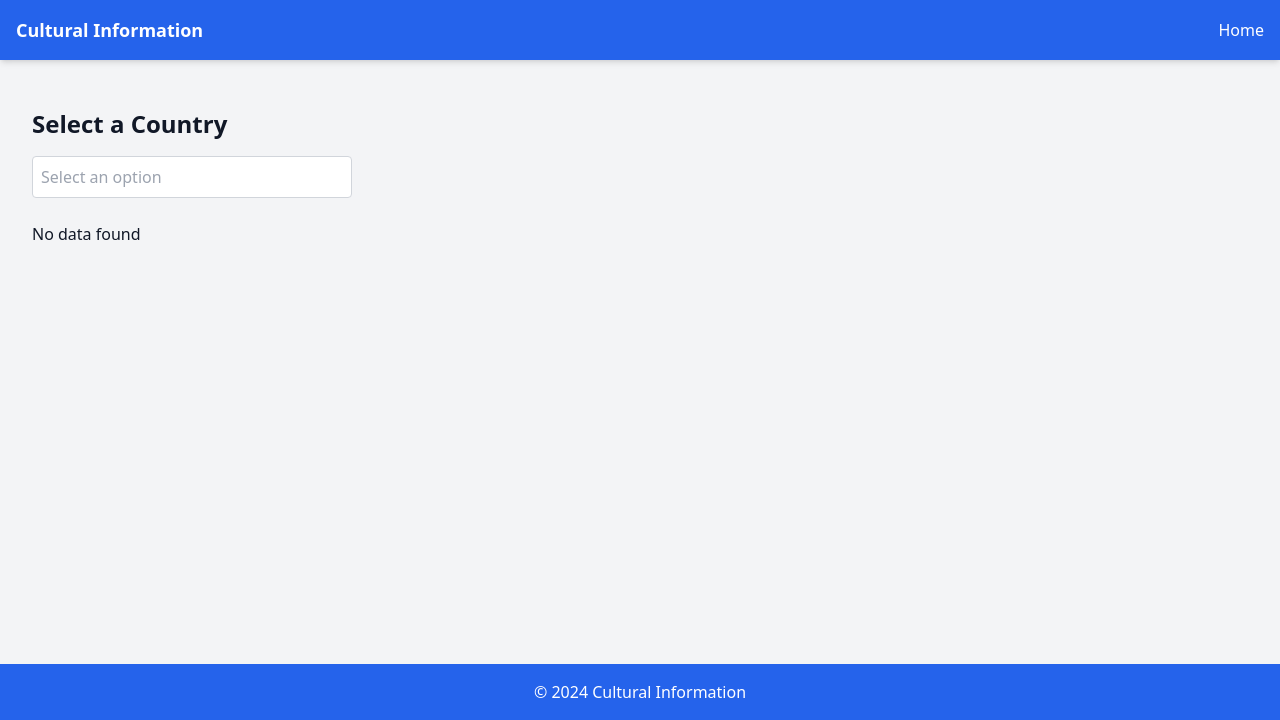
Repository: SmanSayeed/culture
Page: /
An editor plug-in stored every save of this project. The page is shown before and after a run of saves, followed by the edit.
The browser window is 1280 px wide. The pictures show the whole page.
The project was rebuilt for these pictures with package versions that can differ from the ones it lists, and the page was loaded fresh each time. The framework's server and built-in components were replaced by stand-ins that run in the browser. Also part of the build but not shown: next.config.ts, vite.config.ts, src/components/Atoms/Table.tsx.

Above is the page before, as saved 2024-10-30 15:41:56.

### src/app/layout.tsx
import type { Metadata } from "next";
import localFont from "next/font/local";
import "./globals.css";
import Layout from "@/components/Layout/Layout";

const geistSans = localFont({
  src: "./fonts/GeistVF.woff",
  variable: "--font-geist-sans",
  weight: "100 900",
});
const geistMono = localFont({
  src: "./fonts/GeistMonoVF.woff",
  variable: "--font-geist-mono",
  weight: "100 900",
});

export const metadata: Metadata = {
  title: "Create Next App",
  description: "Generated by create next app",
};

export default function RootLayout({
  children,
}: Readonly<{
  children: React.ReactNode;
}>) {
  return (
    <html lang="en">
      <body
        className={`${geistSans.variable} ${geistMono.variable} antialiased`}
      >
        <Layout>
        {children}
        </Layout>

      </body>
    </html>
  );
}

### src/app/page.tsx
import Home from "@/components/Home/Home";
import Image from "next/image";

export default function page() {
  return (
   <>
    <Home/>
   </>
  );
}

### src/components/Layout/Layout.tsx
'use client'
import React, { useState } from 'react';

import Footer from './Footer';
import Header from './Header';

interface LayoutProps {
  children: React.ReactNode;
}

const Layout: React.FC<LayoutProps> = ({ children }) => {

  return (
    <div className="flex flex-col min-h-screen bg-gray-100 text-gray-900">
     <Header/>

      {/* Main Content */}
      <main className="flex-grow container mx-auto px-4 py-8">{children}</main>
<Footer/>
    </div>
  );
};

export default Layout;

### src/components/Home/Home.tsx
// components/Home.tsx

"use client";
import React, { useState } from "react";
import SearchableSelect from "../Atoms/SearchableSelect";
import Table from "../Atoms/Table";
import { countries } from "@/utils/countries";
import { cultureData, cultureDataType, cultureType } from "@/utils/culture";

type Props = {};

export interface Option {
  label: string;
  value: string;
}

const Home: React.FC<Props> = () => {
  const [culturesInfo, setCulturesInfo] = useState<cultureType[]>([]);
  const [countryName, setCountryName] = useState<string>("");

  const options: Option[] = countries.map((country) => ({
    label: country.name,
    value: country.code,
  }));

  const handleSelect = (option: Option) => {
    const selectedCulture = cultureData.find(
      (culture) => culture.code === option.value
    );
    if (selectedCulture) {
      setCulturesInfo(selectedCulture.culture);
      setCountryName(option.label);
    }else{
      setCulturesInfo([]);
      setCountryName("");
    }
  };

  return (
    <>
      <div className="p-4">
        <h1 className="text-2xl mb-4 font-bold">Select a Country</h1>
        <SearchableSelect options={options} onSelect={handleSelect} />
        <div className="mt-6">
          {culturesInfo.length > 0 ? (
            <>
              <h1 className="text-2xl mb-4 font-bold">
                Cultural Influences on RE activities for {countryName}
              </h1>
              <Table data={culturesInfo} country={countryName} />
            </>
          ) :
          "No data found"
          }
        </div>
      </div>
    </>
  );
};

export default Home;

### src/components/Layout/Footer.tsx
import { siteInfo } from '@/utils/siteInfo'
import React from 'react'

type Props = {}

export default function Footer({}: Props) {
  return (
    <>
      {/* Footer */}
      <footer className="bg-blue-600 text-white py-4 text-center">
        <p>&copy; {new Date().getFullYear()} {siteInfo.siteTitle}</p>
      </footer>
    </>
  )
}

### src/components/Layout/Header.tsx
'use client'
import React, { useState } from 'react'
import Link from 'next/link';
import { siteInfo } from '@/utils/siteInfo';
type Props = {}

export default function Header({}: Props) {

  const [drawerOpen, setDrawerOpen] = useState(false);
  return (
    <>
         {/* Header */}
      <header className="bg-blue-600 text-white shadow-md">
        <div className="container mx-auto px-4 py-4 flex justify-between items-center">
          <h1 className="text-lg font-semibold">{siteInfo.siteTitle}</h1>

          {/* Navigation for Desktop */}
          <nav className="hidden md:flex space-x-6">
            <Link href="/" className="hover:text-blue-300">Home</Link>
          </nav>

          {/* Hamburger Menu for Mobile */}
          <button
            className="md:hidden text-white focus:outline-none"
            onClick={() => setDrawerOpen(true)}
          >
            <svg
              className="w-6 h-6"
              fill="none"
              stroke="currentColor"
              viewBox="0 0 24 24"
              xmlns="http://www.w3.org/2000/svg"
            >
              <path strokeLinecap="round" strokeLinejoin="round" strokeWidth={2} d="M4 6h16M4 12h16M4 18h16" />
            </svg>
          </button>
        </div>
      </header>

      {/* Side Drawer for Mobile */}
      <div
        className={`fixed inset-0 bg-gray-800 bg-opacity-50 z-10 transition-opacity ${
          drawerOpen ? 'opacity-100 pointer-events-auto' : 'opacity-0 pointer-events-none'
        }`}
        onClick={() => setDrawerOpen(false)}
      ></div>
      <div
        className={`fixed top-0 left-0 h-full bg-white w-64 z-20 transform transition-transform ${
          drawerOpen ? 'translate-x-0' : '-translate-x-full'
        }`}
      >
        <div className="flex justify-between items-center px-4 py-4 bg-blue-600 text-white">
          <h2 className="text-lg font-semibold">Menu</h2>
          <button
            className="text-white focus:outline-none"
            onClick={() => setDrawerOpen(false)}
          >
            <svg
              className="w-6 h-6"
              fill="none"
              stroke="currentColor"
              viewBox="0 0 24 24"
              xmlns="http://www.w3.org/2000/svg"
            >
              <path strokeLinecap="round" strokeLinejoin="round" strokeWidth={2} d="M6 18L18 6M6 6l12 12" />
            </svg>
          </button>
        </div>
        <nav className="flex flex-col p-4 space-y-4">
          <Link href="/" className="hover:bg-gray-100 p-2 rounded" onClick={() => setDrawerOpen(false)}>Home</Link>
          <Link href="/about" className="hover:bg-gray-100 p-2 rounded" onClick={() => setDrawerOpen(false)}>About</Link>
          <Link href="/contact" className="hover:bg-gray-100 p-2 rounded" onClick={() => setDrawerOpen(false)}>Contact</Link>
        </nav>
      </div>
    </>
  )
}

### src/components/Atoms/SearchableSelect.tsx
// components/SearchableSelect.tsx

'use client'
import React, { useState } from 'react';

interface Option {
  label: string;
  value: string;
}

interface SearchableSelectProps {
  options: Option[];
  onSelect: (option: Option) => void;
}

const SearchableSelect: React.FC<SearchableSelectProps> = ({ options, onSelect }) => {
  const [searchTerm, setSearchTerm] = useState('');
  const [isOpen, setIsOpen] = useState(false);

  const handleSearchChange = (event: React.ChangeEvent<HTMLInputElement>) => {
    setSearchTerm(event.target.value);
    setIsOpen(true);
  };

  const handleSelect = (option: Option) => {
    onSelect(option);
    setSearchTerm(option.label); // Set selected option as search term
    setIsOpen(false);
  };

  const filteredOptions = options.filter(option =>
    option.label.toLowerCase().includes(searchTerm.toLowerCase())
  );

  return (
    <div className="relative w-full max-w-xs">
      <input
        type="text"
        value={searchTerm}
        onChange={handleSearchChange}
        onClick={() => setIsOpen(true)}
        placeholder="Select an option"
        className="w-full p-2 border border-gray-300 rounded focus:outline-none focus:ring-2 focus:ring-blue-400"
      />
      {isOpen && filteredOptions.length > 0 && (
        <div className="absolute mt-1 w-full bg-white border border-gray-300 rounded shadow-lg z-10 max-h-48 overflow-y-auto">
          {filteredOptions.map((option, index) => (
            <div
              key={index}
              onClick={() => handleSelect(option)}
              className="cursor-pointer p-2 hover:bg-blue-500 hover:text-white"
            >
              {option.label}
            </div>
          ))}
        </div>
      )}
    </div>
  );
};

export default SearchableSelect;

### src/utils/countries.ts
export const countries = [
    {
      "name": "Albania",
      "code": "AL",
      "shortname": "ALB"
    },
    {
      "name": "Algeria",
      "code": "DZ",
      "shortname": "DZA"
    },
    {
      "name": "Angola",
      "code": "AO",
      "shortname": "AGO"
    },
    {
      "name": "Argentina",
      "code": "AR",
      "shortname": "ARG"
    },
    {
      "name": "Armenia",
      "code": "AM",
      "shortname": "ARM"
    },
    {
      "name": "Australia",
      "code": "AU",
      "shortname": "AUS"
    },
    {
      "name": "Austria",
      "code": "AT",
      "shortname": "AUT"
    },
    {
      "name": "Azerbaijan",
      "code": "AZ",
      "shortname": "AZE"
    },
    {
      "name": "Bangladesh",
      "code": "BD",
      "shortname": "BGD"
    },
    {
      "name": "Belarus",
      "code": "BY",
      "shortname": "BLR"
    },
    {
      "name": "Belgium",
      "code": "BE",
      "shortname": "BEL"
    },
    {
      "name": "Bhutan",
      "code": "BT",
      "shortname": "BTN"
    },
    {
      "name": "Bolivia",
      "code": "BO",
      "shortname": "BOL"
    },
    {
      "name": "Bosnia and Herzegovina",
      "code": "BA",
      "shortname": "BIH"
    },
    {
      "name": "Brazil",
      "code": "BR",
      "shortname": "BRA"
    },
    {
      "name": "Bulgaria",
      "code": "BG",
      "shortname": "BGR"
    },
    {
      "name": "Burkina Faso",
      "code": "BF",
      "shortname": "BFA"
    },
    {
      "name": "Canada",
      "code": "CA",
      "shortname": "CAN"
    },
    {
      "name": "Cape Verde",
      "code": "CV",
      "shortname": "CPV"
    },
    {
      "name": "Chile",
      "code": "CL",
      "shortname": "CHL"
    },
    {
      "name": "China",
      "code": "CN",
      "shortname": "CHN"
    },
    {
      "name": "Colombia",
      "code": "CO",
      "shortname": "COL"
    },
    {
      "name": "Costa Rica",
      "code": "CR",
      "shortname": "CRI"
    },
    {
      "name": "Croatia",
      "code": "HR",
      "shortname": "HRV"
    },
    {
      "name": "Czech Republic",
      "code": "CZ",
      "shortname": "CZE"
    },
    {
      "name": "Denmark",
      "code": "DK",
      "shortname": "DNK"
    },
    {
      "name": "Dominican Republic",
      "code": "DO",
      "shortname": "DOM"
    },
    {
      "name": "Ecuador",
      "code": "EC",
      "shortname": "ECU"
    },
    {
      "name": "Egypt",
      "code": "EG",
      "shortname": "EGY"
    },
    {
      "name": "El Salvador",
      "code": "SV",
      "shortname": "SLV"
    },
    {
      "name": "Estonia",
      "code": "EE",
      "shortname": "EST"
    },
    {
      "name": "Ethiopia",
      "code": "ET",
      "shortname": "ETH"
    },
    {
      "name": "Fiji",
      "code": "FJ",
      "shortname": "FJI"
    },
    {
      "name": "Finland",
      "code": "FI",
      "shortname": "FIN"
    },
    {
      "name": "France",
      "code": "FR",
      "shortname": "FRA"
    },
    {
      "name": "Georgia",
      "code": "GE",
      "shortname": "GEO"
    },
    {
      "name": "Germany",
      "code": "DE",
      "shortname": "DEU"
    },
    {
      "name": "Ghana",
      "code": "GH",
      "shortname": "GHA"
    },
    {
      "name": "Greece",
      "code": "GR",
      "shortname": "GRC"
    },
    {
      "name": "Guatemala",
      "code": "GT",
      "shortname": "GTM"
    },
    {
      "name": "Honduras",
      "code": "HN",
      "shortname": "HND"
    },
    {
      "name": "Hong Kong",
      "code": "HK",
      "shortname": "HKG"
    },
    {
      "name": "Hungary",
      "code": "HU",
      "shortname": "HUN"
    },
    {
      "name": "Iceland",
      "code": "IS",
      "shortname": "ISL"
    },
    {
      "name": "India",
      "code": "IN",
      "shortname": "IND"
    },
    {
      "name": "Indonesia",
      "code": "ID",
      "shortname": "IDN"
    },
    {
      "name": "Iran",
      "code": "IR",
      "shortname": "IRN"
    },
    {
      "name": "Ireland",
      "code": "IE",
      "shortname": "IRL"
    },
    {
      "name": "Israel",
      "code": "IL",
      "shortname": "ISR"
    },
    {
      "name": "Italy",
      "code": "IT",
      "shortname": "ITA"
    },
    {
      "name": "Jamaica",
      "code": "JM",
      "shortname": "JAM"
    },
    {
      "name": "Japan",
      "code": "JP",
      "shortname": "JPN"
    },
    {
      "name": "Jordan",
      "code": "JO",
      "shortname": "JOR"
    },
    {
      "name": "Kazakhstan",
      "code": "KZ",
      "shortname": "KAZ"
    },
    {
      "name": "Kenya",
      "code": "KE",
      "shortname": "KEN"
    },
    {
      "name": "Kuwait",
      "code": "KW",
      "shortname": "KWT"
    },
    {
      "name": "Latvia",
      "code": "LV",
      "shortname": "LVA"
    },
    {
      "name": "Lebanon",
      "code": "LB",
      "shortname": "LBN"
    },
    {
      "name": "Libya",
      "code": "LY",
      "shortname": "LBY"
    },
    {
      "name": "Lithuania",
      "code": "LT",
      "shortname": "LTU"
    },
    {
      "name": "Luxembourg",
      "code": "LU",
      "shortname": "LUX"
    },
    {
      "name": "Malawi",
      "code": "MW",
      "shortname": "MWI"
    },
    {
      "name": "Malaysia",
      "code": "MY",
      "shortname": "MYS"
    },
    {
      "name": "Malta",
      "code": "MT",
      "shortname": "MLT"
    },
    {
      "name": "Mexico",
      "code": "MX",
      "shortname": "MEX"
    },
    {
      "name": "Moldova",
      "code": "MD",
      "shortname": "MDA"
    },
    {
      "name": "Mongolia",
      "code": "MN",
      "shortname": "MNG"
    },
    {
      "name": "Montenegro",
      "code": "ME",
      "shortname": "MNE"
    },
    {
      "name": "Morocco",
      "code": "MA",
      "shortname": "MAR"
    },
    {
      "name": "Mozambique",
      "code": "MZ",
      "shortname": "MOZ"
    },
    {
      "name": "Namibia",
      "code": "NA",
      "shortname": "NAM"
    },
    {
      "name": "Nepal",
      "code": "NP",
      "shortname": "NPL"
    },
    {
      "name": "Netherlands",
      "code": "NL",
      "shortname": "NLD"
    },
    {
      "name": "New Zealand",
      "code": "NZ",
      "shortname": "NZL"
    },
    {
      "name": "Nicaragua",
      "code": "NI",
      "shortname": "NIC"
    },
    {
      "name": "Nigeria",
      "code": "NG",
      "shortname": "NGA"
    },
    {
      "name": "Norway",
      "code": "NO",
      "shortname": "NOR"
    },
    {
      "name": "Oman",
      "code": "OM",
      "shortname": "OMN"
    },
    {
      "name": "Pakistan",
      "code": "PK",
      "shortname": "PAK"
    },
    {
      "name": "Panama",
      "code": "PA",
      "shortname": "PAN"
    },
    {
      "name": "Paraguay",
      "code": "PY",
      "shortname": "PRY"
    },
    {
      "name": "Peru",
      "code": "PE",
      "shortname": "PER"
    },
    {
      "name": "Philippines",
      "code": "PH",
      "shortname": "PHL"
    },
    {
      "name": "Poland",
      "code": "PL",
      "shortname": "POL"
    },
    {
      "name": "Portugal",
      "code": "PT",
      "shortname": "PRT"
    },
    {
      "name": "Qatar",
      "code": "QA",
      "shortname": "QAT"
    },
    {
      "name": "Romania",
      "code": "RO",
      "shortname": "ROU"
    },
    {
      "name": "Russia",
      "code": "RU",
      "shortname": "RUS"
    },
    {
      "name": "Rwanda",
      "code": "RW",
      "shortname": "RWA"
    },
    {
      "name": "Saudi Arabia",
      "code": "SA",
      "shortname": "SAU"
    },
    {
      "name": "Senegal",
      "code": "SN",
      "shortname": "SEN"
    },
    {
      "name": "Serbia",
      "code": "RS",
      "shortname": "SRB"
    },
    {
      "name": "Singapore",
      "code": "SG",
      "shortname": "SGP"
    },
    {
      "name": "Slovakia",
      "code": "SK",
      "shortname": "SVK"
    },
    {
      "name": "Slovenia",
      "code": "SI",
      "shortname": "SVN"
    },
    {
      "name": "South Africa",
      "code": "ZA",
      "shortname": "ZAF"
    },
    {
      "name": "South Korea",
      "code": "KR",
      "shortname": "KOR"
    },
    {
      "name": "Spain",
      "code": "ES",
      "shortname": "ESP"
    },
    {
      "name": "Sri Lanka",
      "code": "LK",
      "shortname": "LKA"
    },
    {
      "name": "Sudan",
      "code": "SD",
      "shortname": "SDN"
    },
    {
      "name": "Sweden",
      "code": "SE",
      "shortname": "SWE"
    },
    {
      "name": "Switzerland",
      "code": "CH",
      "shortname": "CHE"
    },
    {
      "name": "Syria",
      "code": "SY",
      "shortname": "SYR"
    },
    {
      "name": "Taiwan",
      "code": "TW",
      "shortname": "TWN"
    },
    {
      "name": "Tajikistan",
      "code": "TJ",
      "shortname": "TJK"
    },
    {
      "name": "Tanzania",
      "code": "TZ",
      "shortname": "TZA"
    },
    {
      "name": "Thailand",
      "code": "TH",
      "shortname": "THA"
    },
    {
      "name": "Togo",
      "code": "TG",
      "shortname": "TGO"
    },
    {
      "name": "Tunisia",
      "code": "TN",
      "shortname": "TUN"
    },
    {
      "name": "Turkey",
      "code": "TR",
      "shortname": "TUR"
    },
    {
      "name": "Turkmenistan",
      "code": "TM",
      "shortname": "TKM"
    },
    {
      "name": "Uganda",
      "code": "UG",
      "shortname": "UGA"
    },
    {
      "name": "Ukraine",
      "code": "UA",
      "shortname": "UKR"
    },
    {
      "name": "United Arab Emirates",
      "code": "AE",
      "shortname": "ARE"
    },
    {
      "name": "United Kingdom",
      "code": "GB",
      "shortname": "GBR"
    },
    {
      "name": "United States",
      "code": "US",
      "shortname": "USA"
    },
    {
      "name": "Uruguay",
      "code": "UY",
      "shortname": "URY"
    },
    {
      "name": "Uzbekistan",
      "code": "UZ",
      "shortname": "UZB"
    },
    {
      "name": "Venezuela",
      "code": "VE",
      "shortname": "VEN"
    },
    {
      "name": "Vietnam",
      "code": "VN",
      "shortname": "VNM"
    },
    {
      "name": "Yemen",
      "code": "YE",
      "shortname": "YEM"
    },
    {
      "name": "Zambia",
      "code": "ZM",
      "shortname": "ZMB"
    },
    {
      "name": "Zimbabwe",
      "code": "ZW",
      "shortname": "ZWE"
    }
  ];

### src/utils/culture.ts
import { culture } from '../../.history/src/utils/culture_20241030153316';



export type cultureType = {
    key: string;
    value: string;
}

export type cultureDataType = {
    country:string;
    code:string;
    culture:Array<cultureType>;
}

export const cultureData:Array<cultureDataType> =[
    {
        country:"Bangladesh",
        code:"BD",
        culture:[
            { key: "Centralized decision-making", value: "High" },
            { key: "Managers’ influence", value: "High" },
            { key: "Deference", value: "High" },
            { key: "Establish trust", value: "High" },
            { key: "Solving conflicts by favoritism", value: "Moderate" },
            { key: "Avoiding conflicts", value: "Moderate" },
            { key: "Hierarchical structure", value: "Moderate" },
            { key: "Punctuality", value: "Low" },
            { key: "Building relationships", value: "High" },
            { key: "Safeguard workmates’ jobs", value: "Low" },
            { key: "Communication context", value: "High" },
            { key: "Coordination and collaboration/Team work", value: "Moderate" },
            { key: "Gender preference", value: "High" },

          ]
    },
    {
        country:"USA",
        code:"US",
        culture:[
            { key: "Subordinate avoid taking risks", value: "Moderate" },
            { key: "Clients’ resistance", value: "High" },
            { key: "Belief in expertise", value: "Low" },
            { key: "Aiming for quick results", value: "N/A" },
            { key: "Relying on previous projects", value: "Low" },
            { key: "Dress code", value: "N/A" }
        ]
    },
    {
        country:"India",
        code:"IN",
        culture:[
            { key: "Subordinate avoid taking risks", value: "Moderate" },
            { key: "Clients’ resistance", value: "High" },
            { key: "Belief in expertise", value: "Low" },
            { key: "Aiming for quick results", value: "N/A" },
            { key: "Relying on previous projects", value: "Low" },
            { key: "Dress code", value: "N/A" }
        ]
    },
    {
        country:"China",
        code:"CN",
        culture:[
            { key: "Subordinate avoid taking risks", value: "Moderate" },
            { key: "Clients’ resistance", value: "High" },
            { key: "Belief in expertise", value: "Low" },
            { key: "Aiming for quick results", value: "N/A" },
            { key: "Relying on previous projects", value: "Low" },
            { key: "Dress code", value: "N/A" }
        ]
    },
    {
        country:"Japan",
        code:"JP",
        culture:[
            { key: "Subordinate avoid taking risks", value: "Moderate" },
            { key: "Clients’ resistance", value: "High" },
            { key: "Belief in expertise", value: "Low" },
            { key: "Aiming for quick results", value: "N/A" },
            { key: "Relying on previous projects", value: "Low" },
            { key: "Dress code", value: "N/A" }
        ]
    },
    {
        country:"Russia",
        code:"RU",
        culture:[
            { key: "Subordinate avoid taking risks", value: "Moderate" },
            { key: "Clients’ resistance", value: "High" },
            { key: "Belief in expertise", value: "Low" },
            { key: "Aiming for quick results", value: "N/A" },
            { key: "Relying on previous projects", value: "Low" },
            { key: "Dress code", value: "N/A" }
        ]
    },
    {
        country:"Brazil",
        code:"BR",
        culture:[
            { key: "Subordinate avoid taking risks", value: "Moderate" },
            { key: "Clients’ resistance", value: "High" },
            { key: "Belief in expertise", value: "Low" },
            { key: "Aiming for quick results", value: "N/A" },
            { key: "Relying on previous projects", value: "Low" },
            { key: "Dress code", value: "N/A" }
        ]
    },
    {
        country:"Australia",
        code:"AU",
        culture:[
            { key: "Subordinate avoid taking risks", value: "Moderate" },
            { key: "Clients’ resistance", value: "High" },
            { key: "Belief in expertise", value: "Low" },
            { key: "Aiming for quick results", value: "N/A" },
            { key: "Relying on previous projects", value: "Low" },
            { key: "Dress code", value: "N/A" }
        ]
    }
]

### src/utils/siteInfo.ts
export const siteInfo={
    siteTitle:"Cultural Information",
}

Loaded but not shown: src/app/globals.css (common file); tailwind.config.ts (common file)

After the next 3 saves:
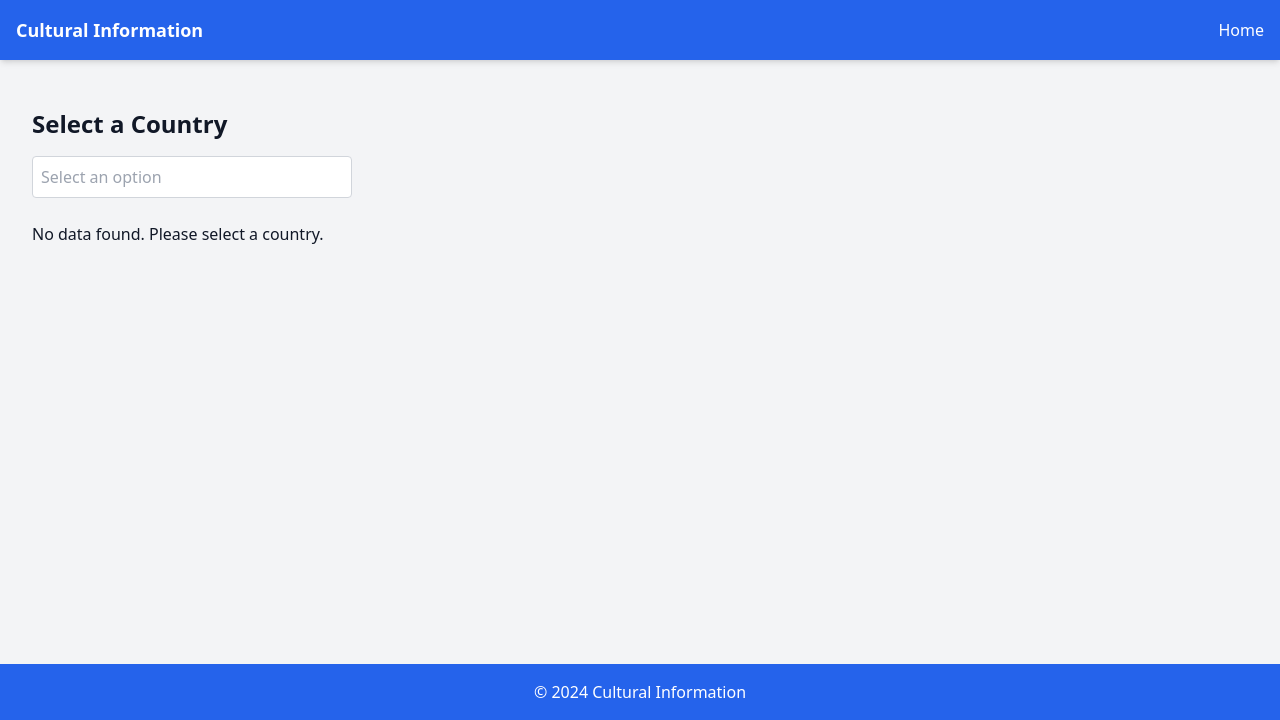
The 3 saves are shown as one change because they came seconds apart.
The last was saved 20 s later.
--- a/src/components/Home/Home.tsx
+++ b/src/components/Home/Home.tsx
@@ -50,7 +50,7 @@ const Home: React.FC<Props> = () => {
               <Table data={culturesInfo} country={countryName} />
             </>
           ) :
-          "No data found"
+          "No data found. Please select a country."
           }
         </div>
       </div>
